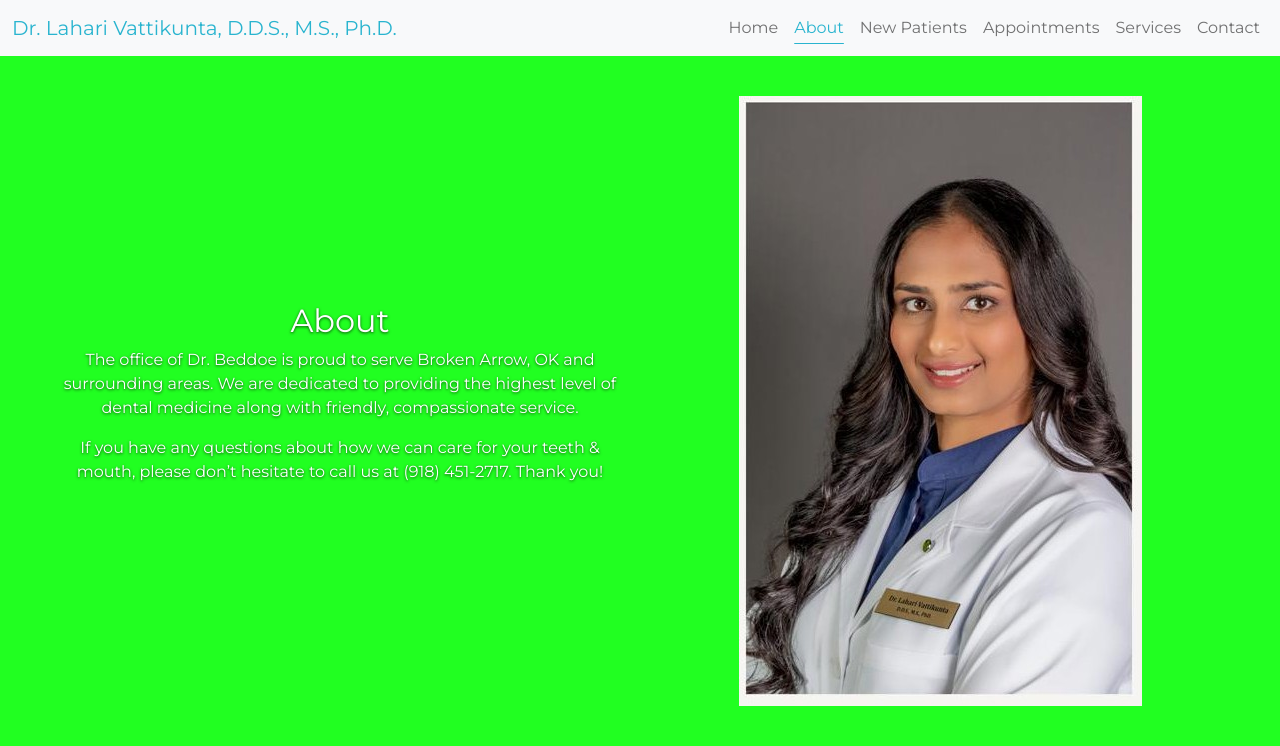
Repository: vineetha2438/baperio
Page: about.html
The author's editor kept a copy of each file at every save. The page is drawn from the files as they stood at one save, then again after the next save.
The browser window is 1280 px wide. The pictures show the whole page.

Above is the page before, as saved 2022-11-14 21:06:45.

### about.html
<!DOCTYPE html>
<html lang="en">

<head>
  <meta charset="utf-8">
  <meta name="viewport" content="width=device-width, initial-scale=1">
  <title>Broken Arrow Periodontics Dental Implants</title>
  <link href="https://cdn.jsdelivr.net/npm/bootstrap@5.2.2/dist/css/bootstrap.min.css" rel="stylesheet" integrity="sha384-Zenh87qX5JnK2Jl0vWa8Ck2rdkQ2Bzep5IDxbcnCeuOxjzrPF/et3URy9Bv1WTRi"
    crossorigin="anonymous">
  <link href='https://fonts.googleapis.com/css?family=Montserrat' rel='stylesheet'>
  <link rel="stylesheet" href="index.css">
  <style>
    body {
      font-family: 'Montserrat' !important
    }
  </style>
</head>

<body>
  <nav class="navbar navbar-expand-lg sticky-top bg-light">
    <div class="container-fluid">
      <!-- <a class="navbar-brand" href="#">Navbar</a> -->
      <span class="navbar-brand mb-0 h1 theme-blue doctor-name">Dr. Lahari Vattikunta, D.D.S., M.S., Ph.D. </span>
      <button class="navbar-toggler" type="button" data-bs-toggle="collapse" data-bs-target="#navbarSupportedContent" aria-controls="navbarSupportedContent"
        aria-expanded="false" aria-label="Toggle navigation">
        <span class="navbar-toggler-icon"></span>
      </button>
      <div class="collapse navbar-collapse" id="navbarSupportedContent">
        <ul class="navbar-nav me-auto mb-2 mb-lg-0 auto-ml-0-mr">
          <li class="nav-item">
            <a class="nav-link" href="index.html">Home</a>
          </li>
          <li class="nav-item">
            <a class="nav-link active theme-blue" aria-current="page" href="about.html">About</a>
          </li>
          <li class="nav-item">
            <a class="nav-link" href="#">New Patients</a>
          </li>
          <li class="nav-item">
            <a class="nav-link" href="#">Appointments</a>
          </li>
          <li class="nav-item">
            <a class="nav-link" href="#">Services</a>
          </li>
          <li class="nav-item">
            <a class="nav-link" href="#">Contact</a>
          </li>
        </ul>
      </div>
    </div>
  </nav>

  <div class="container-fluid text-center" style="background-color: rgb(33,333,33)">
    <div class="row section-one">
      <div class="col-sm-12 col-md-6">
        <h2>About</h2>
        <p>The office of Dr. Beddoe is proud to serve Broken Arrow, OK and surrounding areas. We are dedicated to providing
          the highest level of dental medicine along with friendly, compassionate service.</p>

        <p>If you have any questions about how we can care for your teeth & mouth, please don’t hesitate to call us at (918)
          451-2717. Thank you!</p>
      </div>
      <div class="col-sm-12 col-md-6">
        <img src="doctor.jpg" class="img-fluid" />
      </div>
    </div>
  </div>
  <script src="https://cdn.jsdelivr.net/npm/bootstrap@5.2.2/dist/js/bootstrap.bundle.min.js" integrity="sha384-OERcA2EqjJCMA+/3y+gxIOqMEjwtxJY7qPCqsdltbNJuaOe923+mo//f6V8Qbsw3"
    crossorigin="anonymous"></script>
</body>

</html>

### index.css
.theme-blue {
  color: rgb(41,180,207) !important;
}

.auto-ml-0-mr {
  margin-left: auto !important;
  margin-right: 0 !important;
}

.nav-link.active {
  text-decoration: underline;
  text-underline-offset: 10px;
}

.clinic-bg {
  opacity: 0.4;
  position: absolute;
  left: 0;
  top: 0;
  width: 100%;
  height: auto;
  background-image: url('./clinic_bg.jpeg');
  right: 0;
  bottom: 0;
  background-repeat: no-repeat;
  background-attachment: scroll;
  background-position: center center;
  background-size: cover;
}

.doctor-name {
  overflow: hidden;
  text-overflow: ellipsis;
}

.section-one {
  position: relative;
  padding: 40px;
  color: white;
  align-items: center;
  text-shadow: rgb(0 0 0 / 70%) 0px 1px 3px;
}

.bg-wrap {
  position: absolute;
  top: 0;
  left: 0;
  right: 0;
  z-index: -1;
  bottom: 0;
  overflow: hidden;
  background-color: rgb(80,80,80);
}

.section-one h2{
  font-weight: 400;
}

.section-two {
  padding: 20px 5px;
  text-align: left;
}

.section-two .address-card {
  display: flex;
  justify-content: center;
  flex-direction: column;
  background-color: rgb(41,180,207);
  padding-top: 20px;
  padding-bottom: 20px;
}

.section-two .address-card a {
  color: black;
  margin-bottom: 1rem;
}

.footer {
  background-color: rgb(41,180,207);
  text-align: left;
  padding: 1.5rem 20px;
}

.footer a {
  color: black;
  margin-bottom: 1rem;
  margin-right: 20px
}

After the next save:
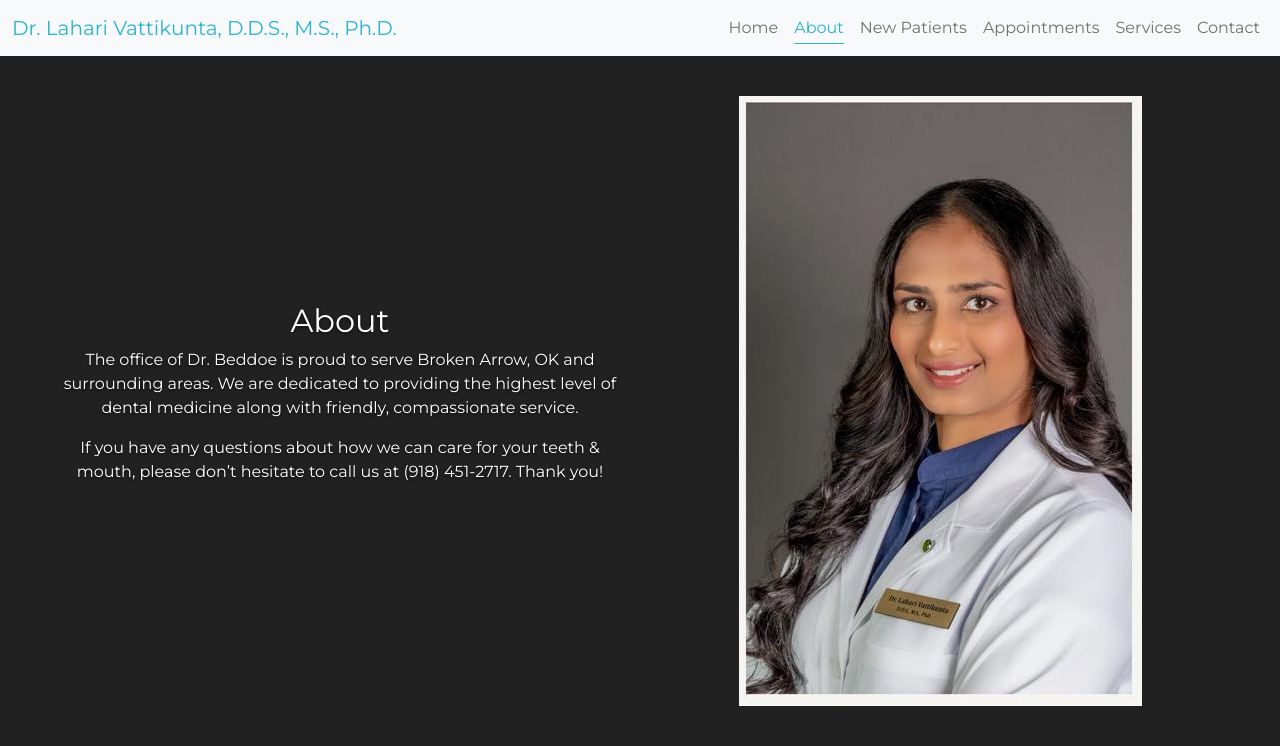
Saved 19 s later.
--- a/about.html
+++ b/about.html
@@ -50,7 +50,7 @@
     </div>
   </nav>
 
-  <div class="container-fluid text-center" style="background-color: rgb(33,333,33)">
+  <div class="container-fluid text-center" style="background-color: rgb(33,33,33)">
     <div class="row section-one">
       <div class="col-sm-12 col-md-6">
         <h2>About</h2>
